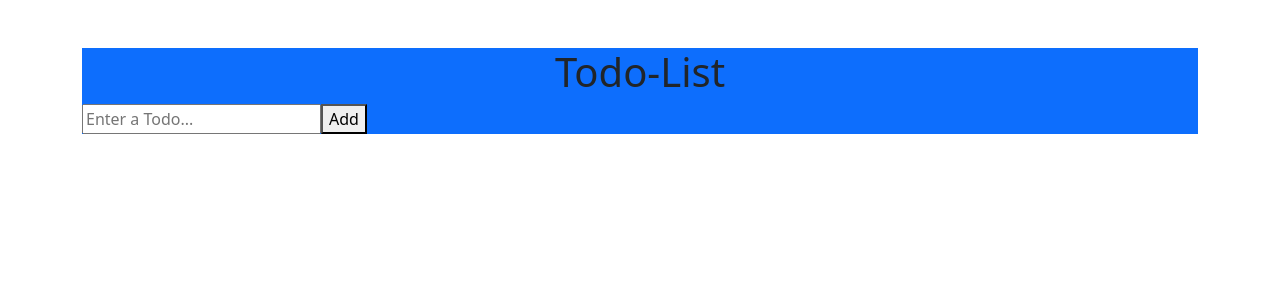
Repository: kieuduc123/Todo-List
Page: /
The author's editor kept a copy of each file at every save. The page is drawn from the files as they stood at one save, then again after the next save.
The browser window is 1280 px wide. The pictures show the whole page.
The project was rebuilt for these pictures with package versions that can differ from the ones it lists, and the page was loaded fresh each time.

Above is the page before, as saved 2024-02-14 19:55:07.

After the next save:
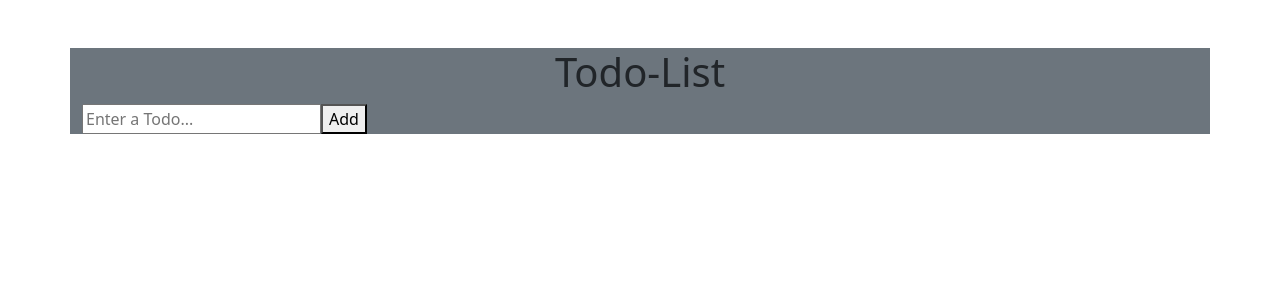
Saved 25 s later.
--- a/src/App.js
+++ b/src/App.js
@@ -12,8 +12,8 @@ const App = () => {
         localStorage.setItem("todo", JSON.stringify(todos));
     }, [todos]);
     return (
-        <div className="container ">
-            <div className="app-wrapper bg-primary">
+        <div className="container bg-secondary">
+            <div className="app-wrapper ">
                 <div className="text-center mt-5">
                     <Header />
                 </div>
